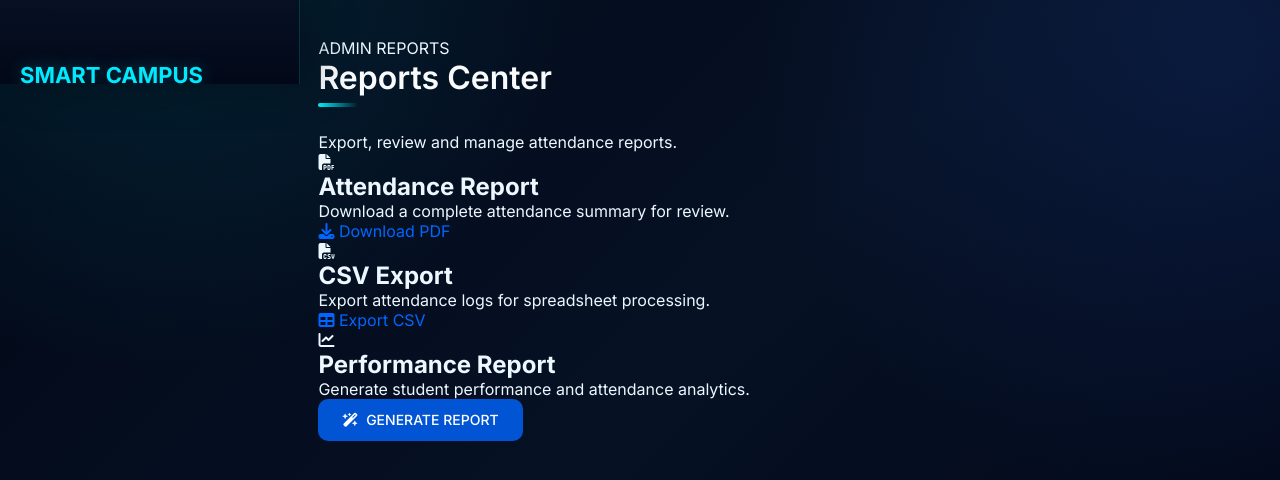
Repository: tejaskale123/smart-campus-intelligence-system
Page: backend/templates/dashboard/reports.html
An editor plug-in stored every save of this project. The page is shown before and after the next save, followed by the edit.
The browser window is 1280 px wide. The pictures show the whole page.
The template is drawn by Django 5.2. The application's start-up code is not run. The template is opened directly, without the code that normally fills it, so the values that code supplies are empty.

Above is the page before, as saved 2026-05-09 01:57:10.

After the next save:
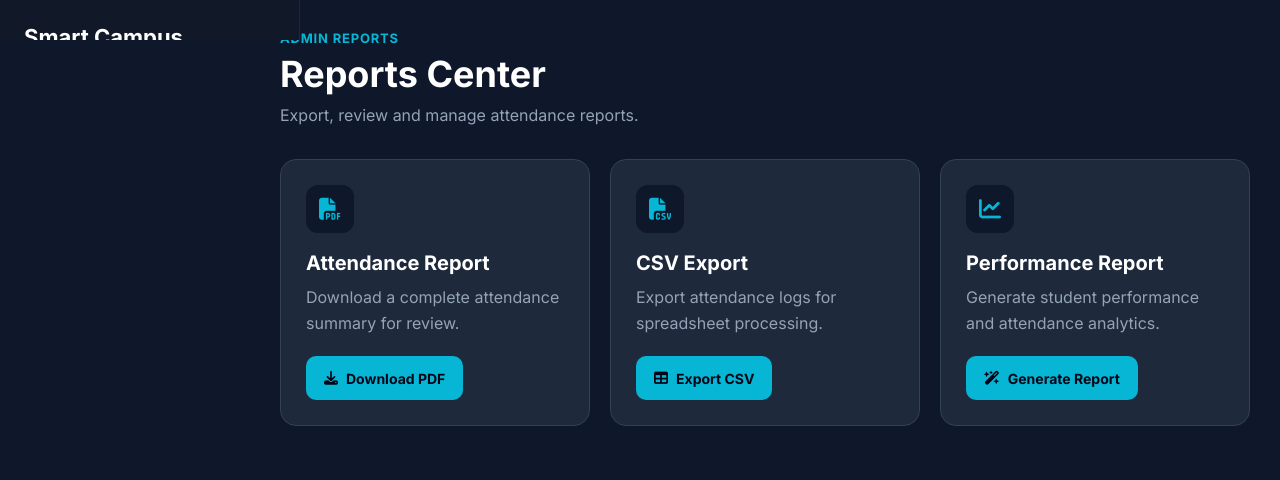
Saved 9 s later.
--- a/backend/templates/dashboard/reports.html
+++ b/backend/templates/dashboard/reports.html
@@ -2,110 +2,59 @@
 {% load static %}
 
 {% block content %}
+<link rel="stylesheet" href="{% static 'css/dashboard.css' %}">
 
-<div class="reports-container">
+<div class="dashboard-container">
 
-    <!-- HEADER -->
-    <div class="reports-header">
-
+    <div class="dashboard-header">
         <div>
-
-            <p class="reports-subtitle">
-                ADMIN REPORTS
-            </p>
-
-            <h1 class="reports-title">
+            <p class="dashboard-kicker">Admin Reports</p>
+            <h1 class="dashboard-title">
                 Reports Center
             </h1>
-
-            <p class="reports-description">
+            <p class="dashboard-subtitle">
                 Export, review and manage attendance reports.
             </p>
-
         </div>
-
     </div>
 
-    <!-- REPORT CARDS -->
-    <div class="reports-grid">
-
-        <!-- PDF -->
+    <div class="report-grid">
         <div class="report-card">
-
             <div class="report-icon">
                 <i class="fas fa-file-pdf"></i>
             </div>
-
-            <h2>
-                Attendance Report
-            </h2>
-
-            <p>
-                Download a complete attendance summary for review.
-            </p>
-
-            <a href="{% url 'download_pdf_report' %}" class="report-btn">
-
+            <h3>Attendance Report</h3>
+            <p>Download a complete attendance summary for review.</p>
+            <a href="#" class="dashboard-btn">
                 <i class="fas fa-download"></i>
-
-                Download PDF
-
+                <span>Download PDF</span>
             </a>
-
         </div>
 
-        <!-- CSV -->
         <div class="report-card">
-
             <div class="report-icon">
                 <i class="fas fa-file-csv"></i>
             </div>
-
-            <h2>
-                CSV Export
-            </h2>
-
-            <p>
-                Export attendance logs for spreadsheet processing.
-            </p>
-
-            <a href="{% url 'export_csv_report' %}" class="report-btn">
-
+            <h3>CSV Export</h3>
+            <p>Export attendance logs for spreadsheet processing.</p>
+            <a href="#" class="dashboard-btn">
                 <i class="fas fa-table"></i>
-
-                Export CSV
-
+                <span>Export CSV</span>
             </a>
-
         </div>
 
-        <!-- ANALYTICS -->
         <div class="report-card">
-
             <div class="report-icon">
                 <i class="fas fa-chart-line"></i>
             </div>
-
-            <h2>
-                Performance Report
-            </h2>
-
-            <p>
-                Generate student performance and attendance analytics.
-            </p>
-
-            <button class="report-btn">
-
+            <h3>Performance Report</h3>
+            <p>Generate student performance and attendance analytics.</p>
+            <a href="#" class="dashboard-btn">
                 <i class="fas fa-wand-magic-sparkles"></i>
-
-                Generate Report
-
-            </button>
-
+                <span>Generate Report</span>
+            </a>
         </div>
-
     </div>
 
 </div>
-
 {% endblock %}

After the save that followed:
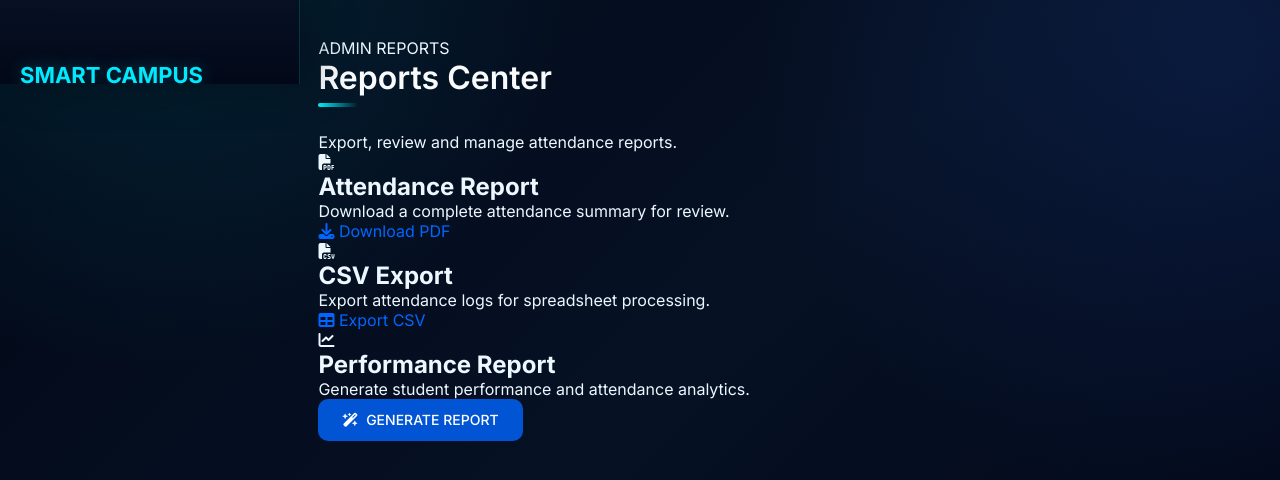
Saved 46 s later.
--- a/backend/templates/dashboard/reports.html
+++ b/backend/templates/dashboard/reports.html
@@ -2,59 +2,139 @@
 {% load static %}
 
 {% block content %}
-<link rel="stylesheet" href="{% static 'css/dashboard.css' %}">
 
-<div class="dashboard-container">
+<div class="reports-page">
 
-    <div class="dashboard-header">
+    <!-- HEADER -->
+
+    <div class="reports-header">
+
         <div>
-            <p class="dashboard-kicker">Admin Reports</p>
-            <h1 class="dashboard-title">
+
+            <p class="reports-subtitle">
+
+                ADMIN REPORTS
+
+            </p>
+
+            <h1 class="reports-title">
+
                 Reports Center
+
             </h1>
-            <p class="dashboard-subtitle">
+
+            <p class="reports-description">
+
                 Export, review and manage attendance reports.
+
             </p>
+
         </div>
+
     </div>
 
-    <div class="report-grid">
+    <!-- REPORT CARDS -->
+
+    <div class="reports-grid">
+
+        <!-- PDF REPORT -->
+
         <div class="report-card">
+
             <div class="report-icon">
-                <i class="fas fa-file-pdf"></i>
+
+                <i class="fa-solid fa-file-pdf"></i>
+
             </div>
-            <h3>Attendance Report</h3>
-            <p>Download a complete attendance summary for review.</p>
-            <a href="#" class="dashboard-btn">
-                <i class="fas fa-download"></i>
-                <span>Download PDF</span>
+
+            <h2>
+
+                Attendance Report
+
+            </h2>
+
+            <p>
+
+                Download a complete attendance summary for review.
+
+            </p>
+
+            <a href="{% url 'download_pdf_report' %}" class="report-btn">
+
+                <i class="fa-solid fa-download"></i>
+
+                Download PDF
+
             </a>
+
         </div>
 
+        <!-- CSV EXPORT -->
+
         <div class="report-card">
+
             <div class="report-icon">
-                <i class="fas fa-file-csv"></i>
+
+                <i class="fa-solid fa-file-csv"></i>
+
             </div>
-            <h3>CSV Export</h3>
-            <p>Export attendance logs for spreadsheet processing.</p>
-            <a href="#" class="dashboard-btn">
-                <i class="fas fa-table"></i>
-                <span>Export CSV</span>
+
+            <h2>
+
+                CSV Export
+
+            </h2>
+
+            <p>
+
+                Export attendance logs for spreadsheet processing.
+
+            </p>
+
+            <a href="{% url 'export_csv_report' %}" class="report-btn">
+
+                <i class="fa-solid fa-table"></i>
+
+                Export CSV
+
             </a>
+
         </div>
 
+        <!-- PERFORMANCE REPORT -->
+
         <div class="report-card">
+
             <div class="report-icon">
-                <i class="fas fa-chart-line"></i>
+
+                <i class="fa-solid fa-chart-line"></i>
+
             </div>
-            <h3>Performance Report</h3>
-            <p>Generate student performance and attendance analytics.</p>
-            <a href="#" class="dashboard-btn">
-                <i class="fas fa-wand-magic-sparkles"></i>
-                <span>Generate Report</span>
-            </a>
+
+            <h2>
+
+                Performance Report
+
+            </h2>
+
+            <p>
+
+                Generate student performance and attendance analytics.
+
+            </p>
+
+            <button class="report-btn">
+
+                <i class="fa-solid fa-wand-magic-sparkles"></i>
+
+                Generate Report
+
+            </button>
+
         </div>
+
     </div>
 
 </div>
+
 {% endblock %}
